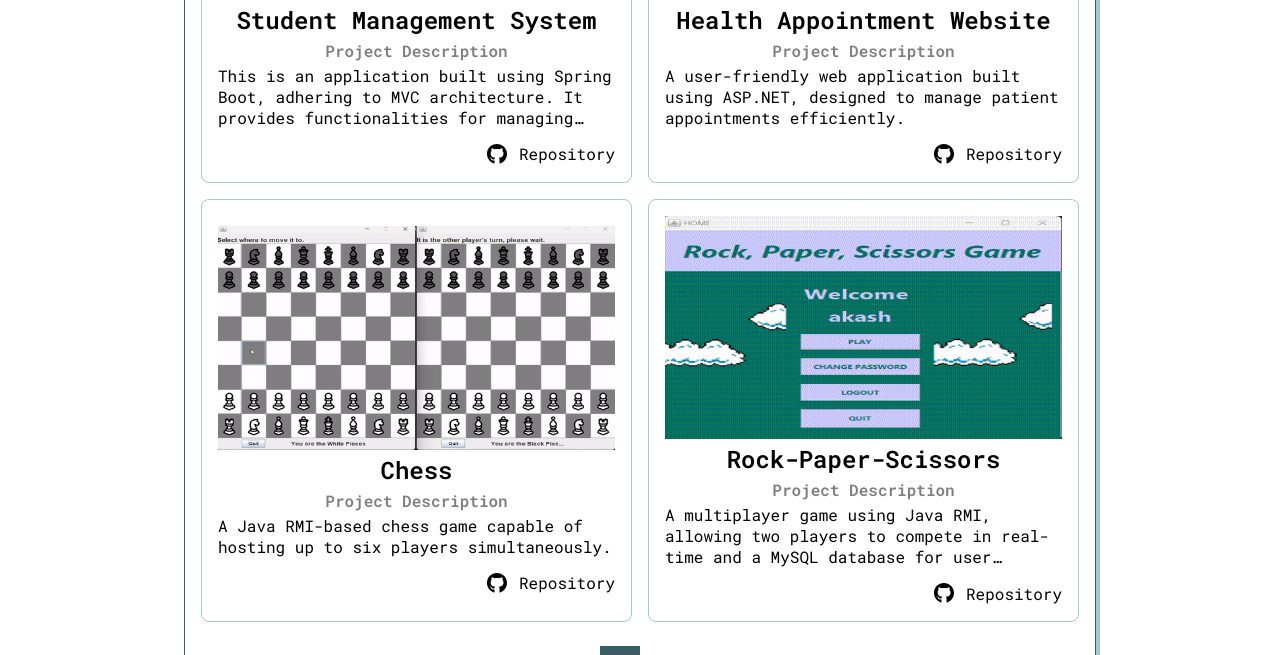
Repository: akashrawr/portfolio
Page: /
These files come from the project's save history. The page is drawn as it stood at one moment and after the next save; the edit follows.
The browser window is 1280 px wide. The pictures show the part of the page from y = 1159 to 1814 px (the page is 2345 px tall before and 2784 px after).
Pictures or frames that could not be fetched are drawn as grey boxes. The project was rebuilt for these pictures with package versions that can differ from the ones it lists, and the page was loaded fresh each time.

Above is the page before, as saved 2025-01-01 20:53:24.

### public/index.html
<!DOCTYPE html>
<html lang="en">
  <head>
    <meta charset="utf-8" />
    <link rel="icon" href="%PUBLIC_URL%/favicon.ico" />
    <meta name="viewport" content="width=device-width, initial-scale=1" />
    <meta name="theme-color" content="#000000" />
    <meta
      name="description"
      content="Personal web Portfolio"
    />
    <link rel="apple-touch-icon" href="%PUBLIC_URL%/logo192.png" />
    <!--
      manifest.json provides metadata used when your web app is installed on a
      user's mobile device or desktop. See https://developers.google.com/web/fundamentals/web-app-manifest/
    -->
    <link rel="manifest" href="%PUBLIC_URL%/manifest.json" />
    <!--
      Notice the use of %PUBLIC_URL% in the tags above.
      It will be replaced with the URL of the `public` folder during the build.
      Only files inside the `public` folder can be referenced from the HTML.

      Unlike "/favicon.ico" or "favicon.ico", "%PUBLIC_URL%/favicon.ico" will
      work correctly both with client-side routing and a non-root public URL.
      Learn how to configure a non-root public URL by running `npm run build`.
    -->
    <title>akashrawr</title>
  </head>
  <body>
    <noscript>You need to enable JavaScript to run this app.</noscript>
    <div id="root"></div>
    <!--
      This HTML file is a template.
      If you open it directly in the browser, you will see an empty page.

      You can add webfonts, meta tags, or analytics to this file.
      The build step will place the bundled scripts into the <body> tag.

      To begin the development, run `npm start` or `yarn start`.
      To create a production bundle, use `npm run build` or `yarn build`.
    -->
  </body>
</html>

### src/App.css
@import url("https://fonts.googleapis.com/css2?family=Roboto+Mono:wght@300;400;600&display=swap");

:root {
  --primary-color: #2c3333;
  --secondary-color: #395b64;
  --accent-1: #a5c9ca;
  --accent-2: #e7f6f2;
  --neutral-1: black;
  --neutral-2: white;
  --neutral-3: white;
  --neutral-4: black;
  --icon-1: #395b64;

  --dark-primary-color: #121212;
  --dark-secondary-color: #1f1f1f;
  --dark-accent-1: #6c757d;
  --dark-accent-2: #adb5bd;
  --dark-neutral-1: #ffffff;
  --dark-neutral-2: #121212;
  --dark-neutral-3:#1f1f1f;
  --dark-neutral-4: #938f8f;
  --dark-icon-1: #938f8f;

}

*,
*::after,
*::before {
  margin: 0;
  padding: 0;
  font-family: "Roboto Mono", monospace;
  box-sizing: border-box;


}

html {
  scroll-behavior: smooth;
}

body {
  overflow-x: hidden;
  background-color: var(--neutral-3);
  color: var(--neutral-1);
  font-family: "Roboto Mono", monospace;
}

body.dark-mode {
  --primary-color: var(--dark-primary-color);
  --secondary-color: var(--dark-secondary-color);
  --accent-1: var(--dark-accent-1);
  --accent-2: var(--dark-accent-2);
  --neutral-1: var(--dark-neutral-1);
  --neutral-2: var(--dark-neutral-2);
  --neutral-3: var(--dark-neutral-3);
  --neutral-4: var(--dark-neutral-4);
  --icon-1:var(--dark-icon-1);
}


/* Navbar styles */

header {
  display: flex;
  align-items: center;
  justify-content: center;

  max-width: 100vw;
  background-color: var(--primary-color);
}

a {
  font-size: 14px;
  text-decoration: none;
}

h1 {
  font-family: "Roboto Mono", monospace;
}

.navbar-nav {
  display: flex;
  align-items: center;
  justify-content: space-between;
  background-color: var(--primary-color);
  padding: 1rem;
  width: 90%;
}

.nav-logo {
  grid-column: 1;
}

.nav-logo > h1 {
  font-size: 30px;
  color: var(--accent-1);
}

.primary-nav {
  display: flex;
  list-style: none;
  gap: 16px;

  grid-column: 2;
  justify-self: end;
}

.mobile-nav-toggle {
  display: none;
  cursor: pointer;
}

.nav-link:link,
.nav-link:visited {
  font-size: 16px;
  color: var(--accent-2);

  transition: 300ms ease-in-out;
}

.nav-link:hover {
  font-weight: 600;
  color: var(--accent-1);
}

.user-icon {
  width: 24px;
  height: 24px;
  fill: var(--accent-1);
  transition: fill 0.3s ease;
}

.user-icon:hover {
  fill: var(--accent-1);
}

/* Dark mode toggle button */
.theme-toggle {
  background: none;
  border: none;
  cursor: pointer;
  padding: 8px;
  display: flex;
  align-items: center;
}

.nav-icons {
  --size: 30px;
  width: var(--size);
  aspect-ratio: 1;
  cursor: pointer;
}



@media only screen and (max-width: 35em) {
  .primary-nav {
    position: fixed;
    top: 0;
    right: 0;
    bottom: 0;
    width: 125px;

    flex-direction: column;
    padding: min(15vh, 3rem) 1rem;
    background-color: var(--primary-color);
    border-left: 2px solid rgb(111, 111, 111); /* Add this line for the left border */

    z-index: 9999;

    transform: translateX(100%);
    transition: transform 350ms ease-out;
  }


  .nav-link:link,
  .nav-link:visited {
    font-size: 15px;
    color: var(--accent-1);
  }

  .primary-nav[data-visible="true"] {
    transform: translateX(0%);
  }

  .mobile-nav-toggle[aria-expanded="true"] {
    background: url('data:[embedded picture, 416 characters]') center center no-repeat;
  }

  .mobile-nav-toggle {
    display: block;
    position: absolute;
    background: url('data:[embedded picture, 417 characters]') center center no-repeat;

    width: 1.25rem;
    aspect-ratio: 1;

    border: none;

    top: 1.4rem;
    right: 2.5rem;
    z-index: 10000;

    transition: 250ms ease-in-out;
  }
}

/* Section styles */

section {
  display: flex;
  align-items: center;
  justify-content: center;

  max-width: 100vw;
  position: relative;
}

/* HERO SECTION */
#hero {
  background-color: var(--primary-color);
  border-bottom: 4px solid var(--icon-1);
  padding: 2.2rem;
}

/* Main container for text and image */
.hero-main-container {
  display: flex;
  flex-wrap: wrap;
  align-items: center;
  justify-content: space-between;
  gap: 16px;
}

/* Text Container */
.hero-container {
  flex: 1;
  display: flex;
  flex-direction: column;
  gap: 16px;
  padding: 2.2rem;
  width: 90%;
  height: 350px;
  animation: fade-in 500ms linear forwards;
}

.hero-text-container > h2 {
  font-size: 28px;
  color: var(--accent-1);
}

.hero-text-container > p {
  font-size: 12px;
  color: var(--accent-2);
}

.hero-button {
  align-self: flex-start;

  font-size: 14px;
  padding: 1em;

  color: var(--accent-2);
  background-color: transparent;

  border: 1px solid var(--accent-2);
  box-shadow: 4px 4px 0px var(--accent-1);

  transition: 300ms ease-in-out;
}

.hero-button:hover {
  background-color: var(--accent-2);
  color: var(--primary-color);
  box-shadow: 6px 6px 0px var(--secondary-color);
}

/* Image Container */
.hero-img {
  flex: 1;
  display: flex;
  justify-content: center;
  align-items: center;
}

.hero-image {
  max-width: 50%;
  height: auto;
  border-radius: 10px;
  box-shadow: 0 4px 8px rgba(0, 0, 0, 0.1);
  border: 1px solid var(--secondary-color);
  background-color: var(--neutral-2);
  box-shadow: 4px 4px 0px var(--accent-1);
}


/* Responsive Styles */
@media screen and (max-width: 768px) {
  .hero-main-container {
    flex-direction: column;
  }

  .hero-img {
    margin-top: 20px;
  }

  .hero-text-container {
    text-align: left;
  }
}
.hero-text-container > h2 {
  font-size: 20px;
  color: var(--accent-1);
}
.project-card > h3 {
  font-size: 12px;
  color: var(--secondary-color);
}

/* ABOUT */

#about {
  padding: 2rem;
  margin-top: 36px;
  animation: fade-in 500ms linear forwards;

}

.wave-asset {
  width: 100%;
  position: absolute;

  top: 0;
  left: 0;
}

.about-container {
  display: flex;
  align-items: center;
  justify-content: center;
  background-color: var(--neutral-2);
  width: 90%;
  z-index: 999;
}

.about-card,
.portfolio-card,
.contact-card {
  display: flex;
  flex-direction: column;
  gap: 16px;
  border: 1px solid var(--secondary-color);
  background-color: var(--neutral-2);

  width: 100%;
  padding: 1rem;

  box-shadow: 4px 4px 0px var(--accent-1);
}

.about-content,
.portfolio-content {
  width: 100%;
  display: flex;
  flex-direction: column;
  gap: 8px;
}

.about-content > h2,
.about-content > h3 {
  color: var(--neutral-4);
}

.about-content > p {
  font-size: 12px;
  color: var(--neutral-4);
}

.tech-stack-grid {
  width: 65%;
  display: grid;
  grid-template-columns: repeat(4, 1fr);
  place-items: center;
}

.tech-stack {
  --size: 30px;
  width: var(--size);
  aspect-ratio: 1;
}

/* Portfolio container */

#portfolio {
  padding: 2rem;
  animation: fade-in 500ms linear forwards;
}

.portfolio-container {
  width: 90%;
  z-index: 999;
}

.project-container {
  display: grid;
  grid-template-columns: repeat(2, 1fr);
  gap: 16px;
}

.portfolio-content > h2 {
  color: var(--neutral-4);
}

.project-card {
  display: flex;
  flex-direction: column;
  gap: 4px;

  padding: 1rem;
  border-radius: 8px;
  border: 1px solid var(--accent-1);
}

.project-card > h3 {
  color: var(--neutral-4);
}

.project-card > h5 {
  color: var(--neutral-4);
  opacity: 0.5;
}

.project-card > p {
  font-size: 12px;
  width: 100%;
  display: -webkit-box;
  -webkit-box-orient: vertical;
  -webkit-line-clamp: 3;
  overflow: hidden;
  color: var(--neutral-4);
}

.project-img {
  width: 100%;
  aspect-ratio: 16/9;
}

.project-card-links {
  align-self: flex-end;

  margin-top: 10px;
  display: flex;
  align-items: center;
  gap: 12px;
}

.project-icons {
  --size: 20px;
  width: var(--size);
  aspect-ratio: 1;
}

.project-card-links > a {
  display: flex;
  align-items: center;
  color: var(--neutral-4);
  font-size: 10px;
  gap: 4px;
}

.project-card-links > a:link,
.project-card-links > a:visited {

  color: var(--neutral-4);
}

.project-card-links > a:hover {
  font-weight: 600;
  color: var(--accent-1);
}

/* CONTACT */
#contact {
  padding: 2rem;
  animation: fade-in 500ms linear forwards;
}

.contact-container {
  width: 90%;
  z-index: 999;
}

.contact-card {
  width: 100%;
  gap: 12px;
}
.contact-card > h2 {
    color: var(--neutral-4);
}

.contact-card > p {
  font-size: 12px;
  color: var(--neutral-4);
}

.contact-links {
  display: flex;
  flex-direction: column;
  gap: 8px;
}

.contact-links > a {
  display: flex;
  align-items: center;
  gap: 8px;
}

.contact-links > a:link,
.contact-links > a:visited {
  color: var(--neutral-4);
}

.contact-links > a:hover {
  font-weight: 600;
  color: var(--accent-1);
}
.contact-icons {
  --size: 20px;
  width: var(--size);
  aspect-ratio: 1;
}

/* extras */
.section-highlight {
  font-size: 4rem;
  font-weight: 600;
  opacity: 0.5;
  color: var(--accent-1);

  position: absolute;
  top: 0;
  left: 100px;
}

/* footer */
footer {
  display: flex;
  align-items: center;
  justify-content: center;
  color: var(--accent-2);
  max-width: 100vw;
  background-color: var(--primary-color);
  min-height: 150px;
}

.footer-content {
  text-align: center;
  font-size: 12px;
  width: 90%;

  color: var(--accent-2);
}

.footer-content > a {
  text-decoration: underline;
}

.footer-content > a:link,
.footer-content > a:visited {
  color: var(--accent-2);
}

.footer-content > a:hover {
  color: var(--accent-1);
}
/* media queries */

@media only screen and (max-width: 35em) {
  .hero-container {
    padding: 1rem;
    height: 200px;
  }
  .project-container {
    grid-template-columns: 1fr;
  }
  .tech-stack-grid {
    width: 100%;
  }
  .section-highlight {
    font-size: 3.5rem;
    top: -16px;
    left: 6vw;
  }
}

@media only screen and (min-width: 35em) {
  .hero-container {
    height: 250px;
  }
  .about-container,
  .portfolio-container,
  .contact-container {
    width: 75%;
  }

  .about-card,
  .portfolio-card {
    align-items: center;
    justify-content: center;
    flex-direction: row;
    gap: 20px;
  }

  .section-highlight {
    top: -26px;
    left: 10vw;
  }
}

@media only screen and (min-width: 768px) {
  .nav-logo > h1 {
    font-size: 36px;
  }

  /* hero */
  .hero-container {
    height: 350px;
  }

  .hero-text-container > p {
    font-size: 20px;
  }

  .hero-text-container > h2 {
    font-size: 60px;
  }

  .hero-button {
    font-size: 20px;
  }

  /* about */
  .about-card {
    gap: 40px;
  }

  .about-content > h2 {
    font-size: 32px;
  }

  .about-content > h3 {
    font-size: 24px;
  }

  .about-content > p {
    font-size: 16px;
  }

  .tech-stack-section {
    align-self: flex-start;
    margin-top: 8px;
  }

  .tech-stack {
    --size: 40px;
    width: var(--size);
    aspect-ratio: 1;
  }

  /* portfolio */
  .portfolio-content > h2 {
    font-size: 32px;
  }

  .project-card > h3 {
    font-size: 24px;
  }

  .project-card > h5,
  .project-card > p {
    font-size: 16px;
  }

  .project-card-links > a {
    font-size: 16px;
  }

  /* contacts */
  .contact-card > h2 {
    font-size: 32px;
  }

  .contact-card > p {
    font-size: 16px;
  }

  .contact-links > a {
    font-size: 16px;
  }
  .footer-content,
  .footer-content > a {
    font-size: 16px;
  }
}

@media only screen and (min-width: 1024px) {
  .section-highlight {
    top: -26px;
    left: 10vw;
  }
}

@keyframes fade-in {
  0% {
    opacity: 0;
  }
  100% {
    opacity: 1;
  }
}

/* Adjust specific sections as needed for React-specific behaviors */
.primary-nav.visible {
  transform: translateX(0%);
}

/* The switch - the box around the slider */
.switch {
  position: relative;
  display: inline-block;
  width: 50px;
  height: 25px;
}

/* Hide default HTML checkbox */
.switch input {
  opacity: 0;
  width: 0;
  height: 0;
}

/* The slider */
.slider {
  position: absolute;
  cursor: pointer;
  top: 0;
  left: 0;
  right: 0;
  bottom: 0;
  background-color: #ccc;
  -webkit-transition: .4s;
  transition: .4s;
  border-radius: 25px; /* Rounded edges for the slider */
  display: flex;

  align-items: center;
}

/* Adjust the icon size to 48x48 pixels */
.slider .icon {
  position: absolute;
  width: 48px;
  height: 48px;
  transition: .4s;
}

/* When the input is checked (dark mode is on) */
input:checked + .slider {
  background-color: #3e4346; /* Change background color on check */
}

input:focus + .slider {
  box-shadow: 0 0 1px #2196F3;
}

/* Move the icons when the input is checked (dark mode) */
input:checked + .slider .icon {
  transform: translateX(20px); /* Move the icon to the right */
}

/* Default state (light mode) */
input:not(:checked) + .slider .icon {
  transform: translateX(-15px) translateY(-2px); /* Icon remains in the default position */
  width: 52px; /* Further reduced icon size for very small screens */
  height: 52px; /* Further reduced icon size for very small screens */
}

.about-icon {
  color: var(--icon-1); /* Change to any shade of blue you prefer */
  font-size: 3rem; /* Adjust size as needed */
  margin: 0.5rem;
}

.project-icons {
  margin-right: 0.5rem; /* Space between icon and text */
  font-size: 1.5rem; /* Adjust icon size */
  color: inherit; /* Match the color of the link */
}

.contact-icons {
  margin-right: 0.5rem; /* Space between icon and text */
  font-size: 1.5rem; /* Adjust icon size */
  color: var(--icon-1);
}

/* Responsive Adjustments */
@media (max-width: 768px) {
  .about-icon {
    font-size: 2.5rem; /* Slightly smaller on smaller devices */
    margin: 0.4rem;
  }

  .project-icons {
    font-size: 1.2rem; /* Smaller icon size on smaller screens */
    margin-right: 0.4rem;
  }

  .contact-icons {
    font-size: 1.2rem; /* Smaller icon size on smaller screens */
    margin-right: 0.4rem;
  }
}

@media (max-width: 480px) {
  .about-icon {
    font-size: 2rem; /* Even smaller on very small devices */
    margin: 0.3rem;
  }

  .project-icons {
    font-size: 1rem; /* Further reduced icon size for very small screens */
    margin-right: 0.3rem;
  }

  .contact-icons {
    font-size: 1rem; /* Further reduced icon size for very small screens */
    margin-right: 0.3rem;
  }
}

.pagination {
  display: flex;
  justify-content: center;
  align-items: center;
  margin-top: 1rem;
}

.pagination a {
  color: var(--neutral-4);
  padding: 8px 16px;
  text-decoration: none;
}

.pagination a.active {
  background-color: #395b64;
  color: white;
}

.pagination a:disabled {
  color: grey;
  pointer-events: none;
}

/* Responsive Adjustments */
@media (max-width: 768px) {
  .pagination a {
    padding: 6px 12px; /* Smaller padding for smaller screens */
    font-size: 0.9rem; /* Slightly smaller font size */
  }

  .pagination {
    margin-top: 0.75rem; /* Adjust margin top for smaller screens */
  }
}

@media (max-width: 480px) {
  .pagination a {
    padding: 4px 8px; /* Even smaller padding for very small screens */
    font-size: 0.8rem; /* Smaller font size for very small screens */
  }

  .pagination {
    margin-top: 0.5rem; /* Adjust margin top for very small screens */
  }
}

### src/components/Hero.js
import React from 'react';

function Hero() {
  return (
    <section id="hero">
      <div className="hero-main-container">
        {/* Text and Button Container */}
        <div className="hero-container">
          <div className="hero-text-container" data-aos="fade-up">
            <p>Bula there,</p>
            <h2>I am Akash Mishra.</h2>
            <p>A 2nd Year Student In Software Engineering.</p>
          </div>
          <a href="#contact" className="hero-button" data-aos="fade-up">
            Let's connect!
          </a>
        </div>

        {/* Image Container */}
        <div className="hero-img" data-aos="fade-up">
          <img className="hero-image" src="./assets/images/akash.jpg" alt="akash" />
        </div>
      </div>
    </section>
  );
}

export default Hero;

### src/components/Portfolio.js
import React, { useState } from 'react';
import { FontAwesomeIcon } from '@fortawesome/react-fontawesome';
import { faGithub } from '@fortawesome/free-brands-svg-icons';
import { faLaptopCode, faAngleDoubleRight, faAnglesLeft } from '@fortawesome/free-solid-svg-icons';
import { projects } from '../data/projects';

function Portfolio() {
  const [currentPage, setCurrentPage] = useState(1);
  const projectsPerPage = 4;

  // Calculate total pages
  const totalPages = Math.ceil(projects.length / projectsPerPage);

  // Calculate current projects to display
  const indexOfLastProject = currentPage * projectsPerPage;
  const indexOfFirstProject = indexOfLastProject - projectsPerPage;
  const currentProjects = projects.slice(indexOfFirstProject, indexOfLastProject);

  const handleNext = () => {
    setCurrentPage((prevPage) => (prevPage < totalPages ? prevPage + 1 : prevPage));
  };

  const handlePrevious = () => {
    setCurrentPage((prevPage) => (prevPage > 1 ? prevPage - 1 : prevPage));
  };

  const handlePageClick = (page) => {
    setCurrentPage(page);
  };

  return (
    <section id="portfolio">
      <div className="section-highlight" data-aos="fade-up">
        Portfolio
      </div>
      <div className="portfolio-container" data-aos="fade-up">
        <div className="portfolio-card">
          <div className="portfolio-content">
            <h2>Portfolio</h2>
            {/* Project Container */}
            <div className="project-container">
              {currentProjects.map((project, index) => (
                <section className="project-card" key={index}>
                  <img
                    className="project-img"
                    src={project.imgSrc}
                    alt={project.altText}
                  />
                  <h3>{project.title}</h3>
                  <h5>Project Description</h5>
                  <p>{project.description}</p>
                  <div className="project-card-links">
                    <a href={project.repoLink} className="project-link">
                      <FontAwesomeIcon icon={faGithub} className="project-icons" />
                      Repository
                    </a>
                    {project.liveDemoLink && (
                      <a href={project.liveDemoLink} className="project-link">
                        <FontAwesomeIcon icon={faLaptopCode} className="project-icons" />
                        Live Demo
                      </a>
                    )}
                  </div>
                </section>
              ))}
            </div>
            {/* End of Project Container */}

            {/* Pagination Controls */}
            <div className="pagination">
              <a href="#!" onClick={handlePrevious} disabled={currentPage === 1}>
                <FontAwesomeIcon icon={faAnglesLeft} />
              </a>
              {[...Array(totalPages)].map((_, index) => (
                <a
                  key={index + 1}
                  href="#!"
                  onClick={() => handlePageClick(index + 1)}
                  className={currentPage === index + 1 ? 'active' : ''}
                >
                  {index + 1}
                </a>
              ))}
              <a href="#!" onClick={handleNext} disabled={currentPage === totalPages}>
                <FontAwesomeIcon icon={faAngleDoubleRight} />
              </a>
            </div>
          </div>
        </div>
      </div>
    </section>
  );
}

export default Portfolio;

### src/components/Footer.js
import React from 'react';

function Footer() {
  return (
    <footer>
      <div className="footer-content">
        © Portfolio by Akash Mishra <br/>
        <a href="#hero">Back to the top</a>
        <div className="nav-logo">
          <h1>Rawr</h1>
        </div>
      </div>

    </footer>
  );
}

export default Footer;

Loaded but not shown: src/index.js (common file); src/index.css (common file); src/reportWebVitals.js (common file); src/components/Header.js (84 lines, source omitted); src/data/projects.js (74 lines, source omitted); src/components/About.js (54 lines, source omitted); src/components/Contact.js (48 lines, source omitted); src/App.js (51 lines, source omitted)

After the next save:
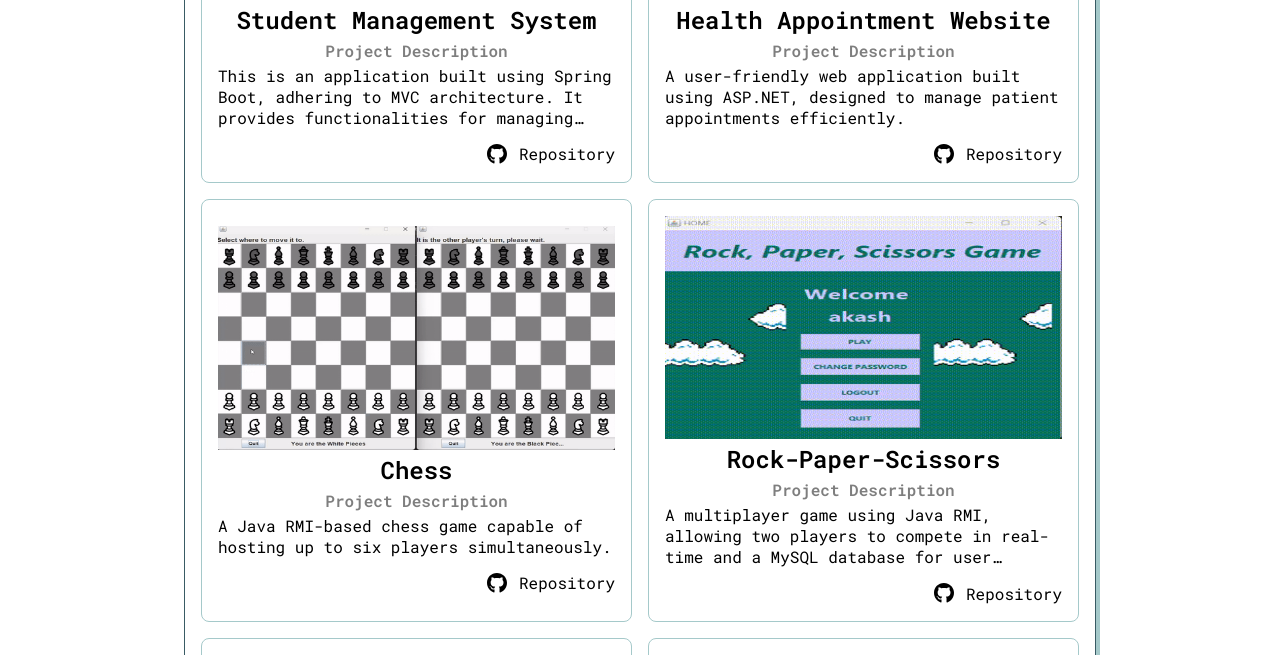
Saved 3 min 41 s later.
--- a/src/components/Portfolio.js
+++ b/src/components/Portfolio.js
@@ -6,7 +6,7 @@
 
 function Portfolio() {
   const [currentPage, setCurrentPage] = useState(1);
-  const projectsPerPage = 4;
+  const projectsPerPage = 6;
 
   // Calculate total pages
   const totalPages = Math.ceil(projects.length / projectsPerPage);

After the save that followed:
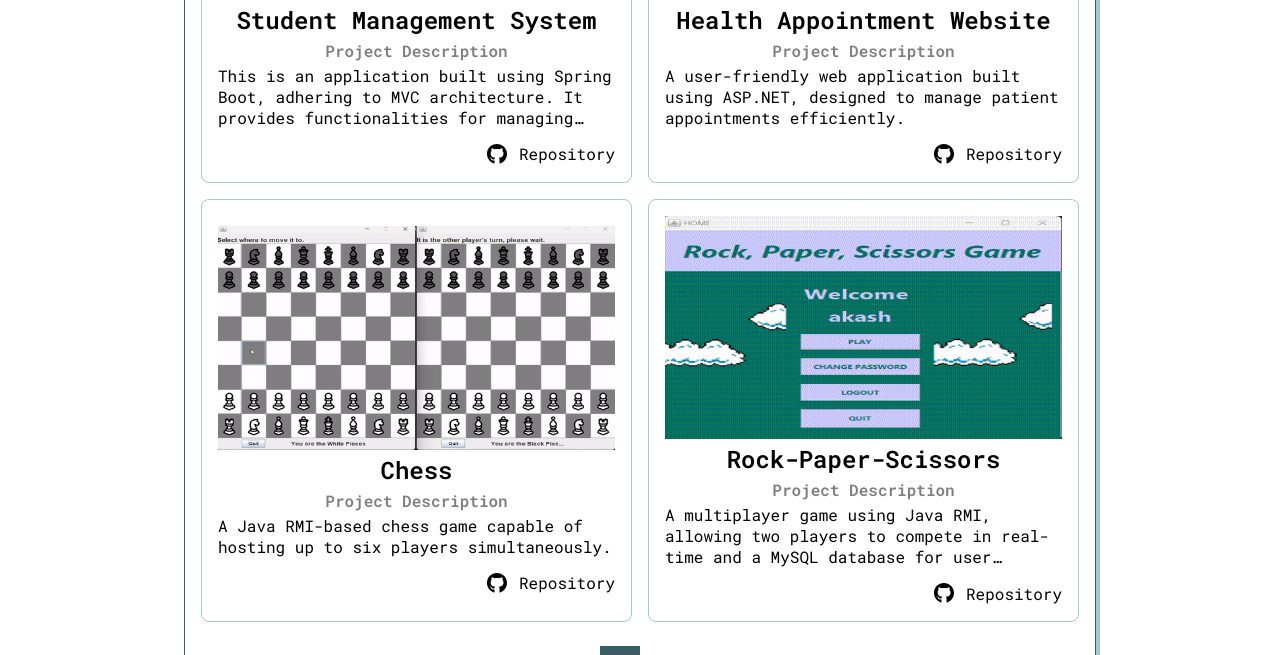
Saved 6 s later.
--- a/src/components/Portfolio.js
+++ b/src/components/Portfolio.js
@@ -6,7 +6,7 @@
 
 function Portfolio() {
   const [currentPage, setCurrentPage] = useState(1);
-  const projectsPerPage = 6;
+  const projectsPerPage = 4;
 
   // Calculate total pages
   const totalPages = Math.ceil(projects.length / projectsPerPage);
